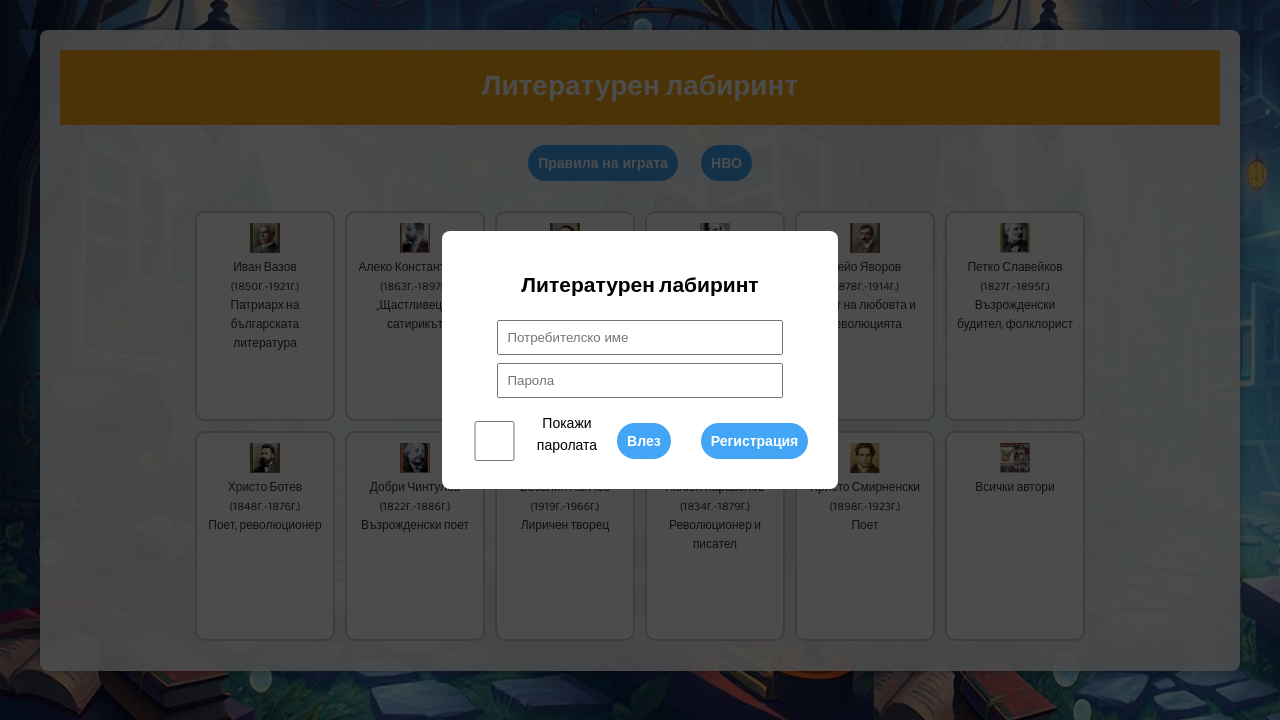
Repository: LY1177/litmaze
Page: public/index.html
An editor plug-in stored every save of this project. The page is shown before and after a run of saves, followed by the edit.
The browser window is 1280 px wide. The pictures show the window.
The page's requests for data from a server got no answer. A layer covers the whole window, so only the first screen is drawn. Backgrounds fixed to the window are drawn as part of the page.

Above is the page before, as saved 2025-05-06 04:52:26.

After the next 2 saves:
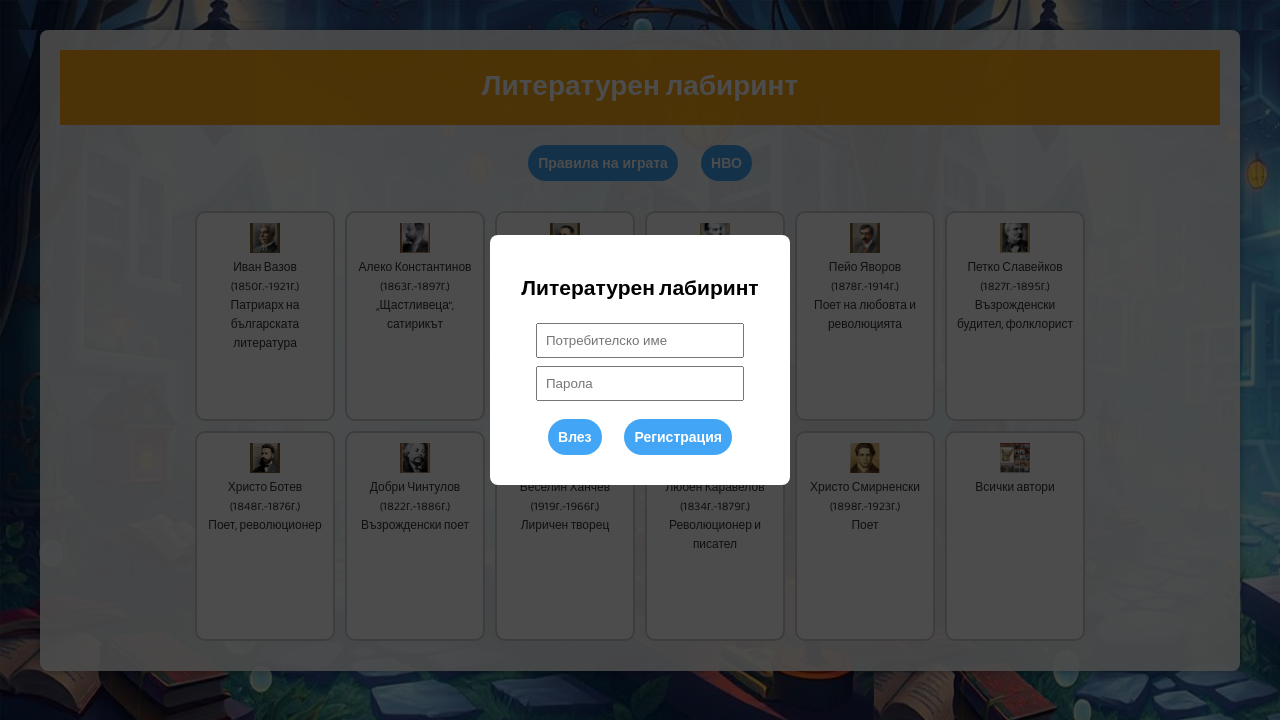
The 2 saves are shown as one change because they came seconds apart.
The last was saved 17 h 22 min later.
--- a/public/index.html
+++ b/public/index.html
@@ -11,11 +11,6 @@
   <script src="script.js" defer></script>
 </head>
 <body>
-  <!-- <div id="user-info" style="display:none; margin-bottom:1em;">
-    Добре дошъл, <strong><span id="display-username"></span></strong>!
-    Точки: <strong><span id="score">0</span></strong>
-  </div> -->
-
   <!-- Главен контейнер, който ограничава ширината на проекта (не е full-screen) -->
   <div id="main-container">
 
@@ -25,11 +20,8 @@
         <h2>Литературен лабиринт</h2>
         <input type="text" id="username" placeholder="Потребителско име">
         <input type="password" id="password" placeholder="Парола">
-        <div class="modal-buttons">
-        <input type="checkbox" onclick="ShowLoginPassword()" class="passbox">Покажи паролата
         <button id="login-btn" class="btn">Влез</button>
         <button id="open-register-from-login" class="btn">Регистрация</button>
-      </div>
       </div>
     </div>
     <!-- Регистрационен модал -->
@@ -40,7 +32,6 @@
         <input type="email"   id="register-email"    placeholder="Имейл">
         <input type="password" id="register-password" placeholder="Парола">
         <div class="modal-buttons">
-          <input type="checkbox" onclick="ShowRegisterPassword()" class="passbox">Покажи паролата
           <button id="register-btn"        class="btn">Регистрация</button>
           <button id="close-register-btn"  class="btn">Затвори</button>
         </div>
@@ -54,12 +45,9 @@
       <header id="top-bar">
         <h1 id="labyrinth-title">Лабиринт</h1>
         <div id="user-info">
-
+          Потребител: <span id="display-username"></span> |
           Ниво: <span id="current-level">1</span> |
-
-            Потребител,  <span id="display-username"></span><strong><span id="display-username"></span></strong>!
-            Точки: <strong><span id="score">0</span></strong>
-
+          Точки: <span id="score">0</span>
         </div>
         <div id="button-row">
           <button id="back-to-authors" class="nav-btn">Назад към авторите</button>
@@ -87,6 +75,7 @@
   <button id="nvo-btn" class="btn">НВО</button>
  </div>
 
+
       <!-- Мрежа с 12 карти -->
       <div class="card-container">
         <!-- Карта 1: Иван Вазов -->
@@ -171,7 +160,7 @@
           </div>
         </div>
 
-        <!-- Карта 6: Петко Славейков -->
+        <!-- Карта 6: Пенчоко Славейков -->
         <div class="card" data-author="petko">
           <div class="card-inner">
             <div class="card-front">
